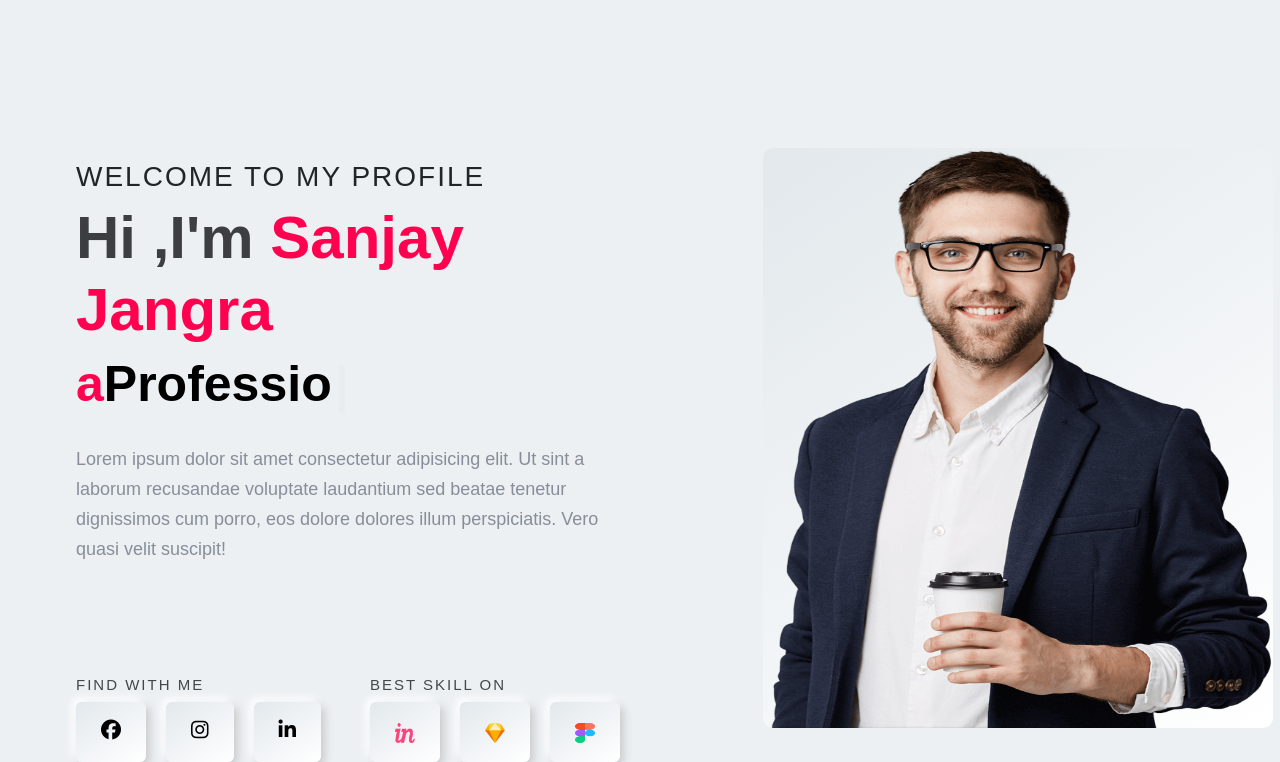
Repository: Sanjayjangra88/PortFolio
Page: /
The author's editor kept a copy of each file at every save. The page is drawn from the files as they stood at one save, then again after the next save.
The browser window is 1280 px wide. The pictures show the whole page.
Some web libraries are served in a nearby version. The project was rebuilt for these pictures with package versions that can differ from the ones it lists, and the page was loaded fresh each time. Also part of the build but not shown: src/Components/Header/Header.jsx.

Above is the page before, as saved 2022-09-10 21:36:15.

After the next save:
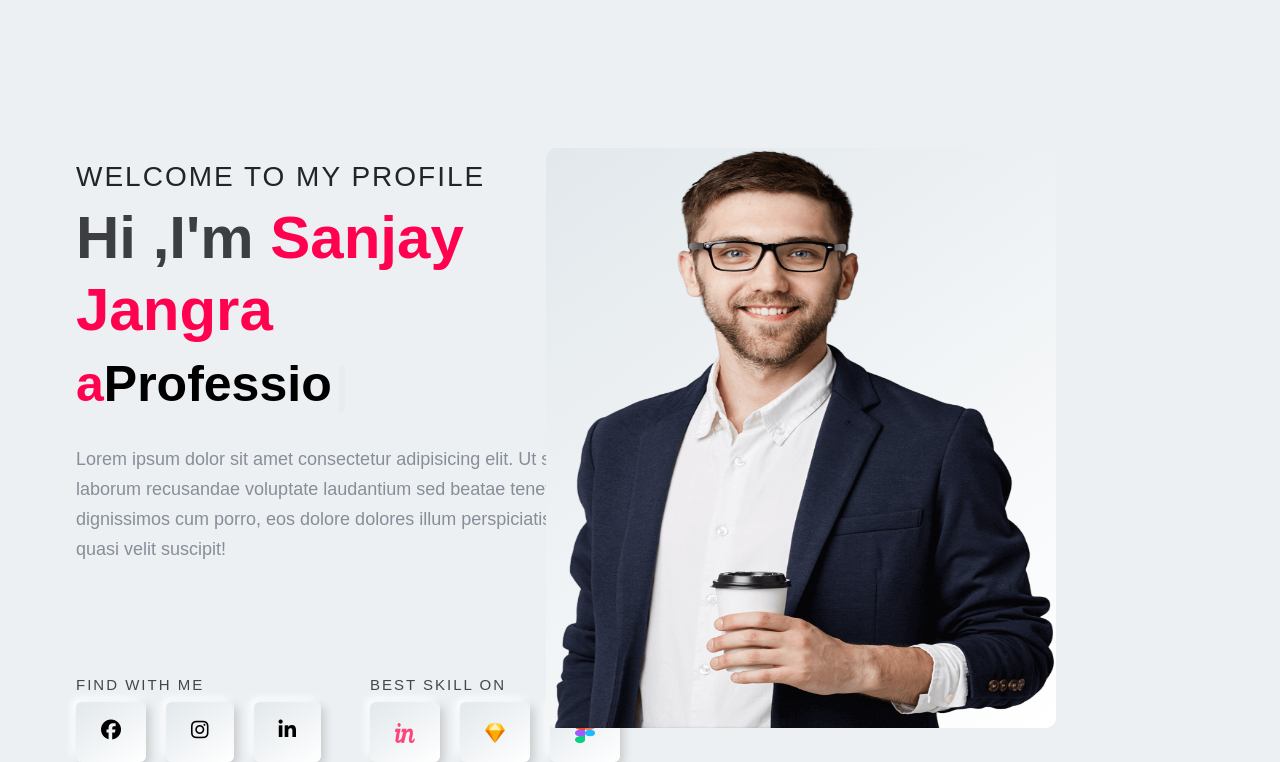
Saved 44 s later.
--- a/src/Components/Home/home.css
+++ b/src/Components/Home/home.css
@@ -70,10 +70,10 @@
     margin-left: 25%;
 
 }
-/* .hero .right_img img{
+.hero .right_img img{
     position: absolute;
     top: 0;
     right: 10%;
     width: 510px;
 
-} */
+}

After the save that followed:
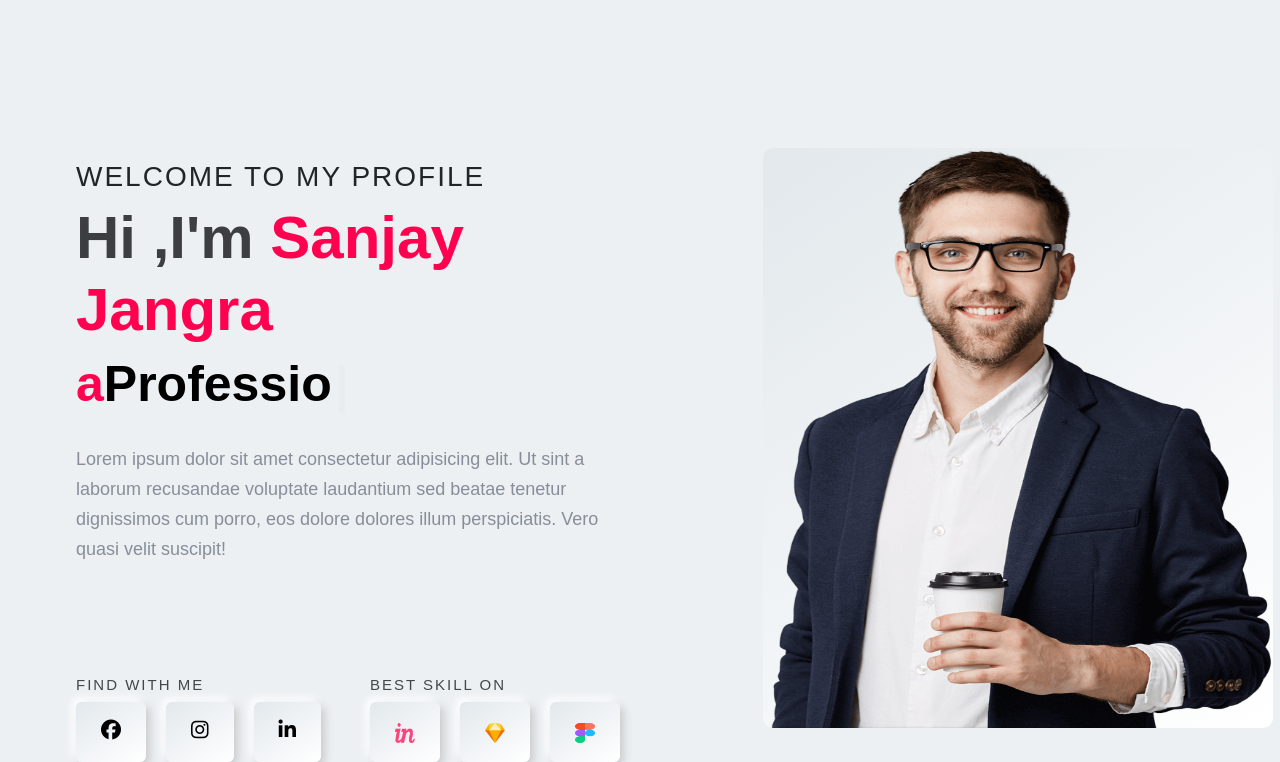
Saved 10 s later.
--- a/src/Components/Home/home.css
+++ b/src/Components/Home/home.css
@@ -73,7 +73,7 @@
 .hero .right_img img{
     position: absolute;
     top: 0;
-    right: 10%;
+    /* right: 10%; */
     width: 510px;
 
 }
